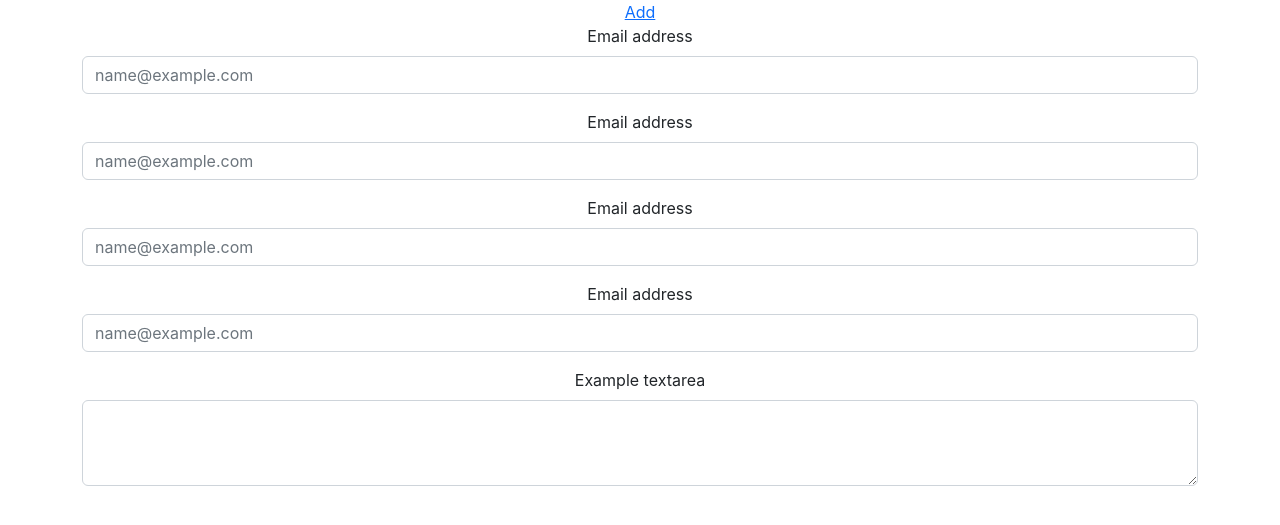
Repository: MagdyAbouelnasr/scandiweb_project
Page: /addproduct
An editor plug-in stored every save of this project. The page is shown before and after the next save, followed by the edit.
The browser window is 1280 px wide. The pictures show the whole page.
The project was rebuilt for these pictures with package versions that can differ from the ones it lists, and the page was loaded fresh each time. Also part of the build but not shown: src/components/Prouct-style.scss, src/components/Product.css, src/components/ProductList.js.

Above is the page before, as saved 2023-05-04 12:26:50.

After the next save:
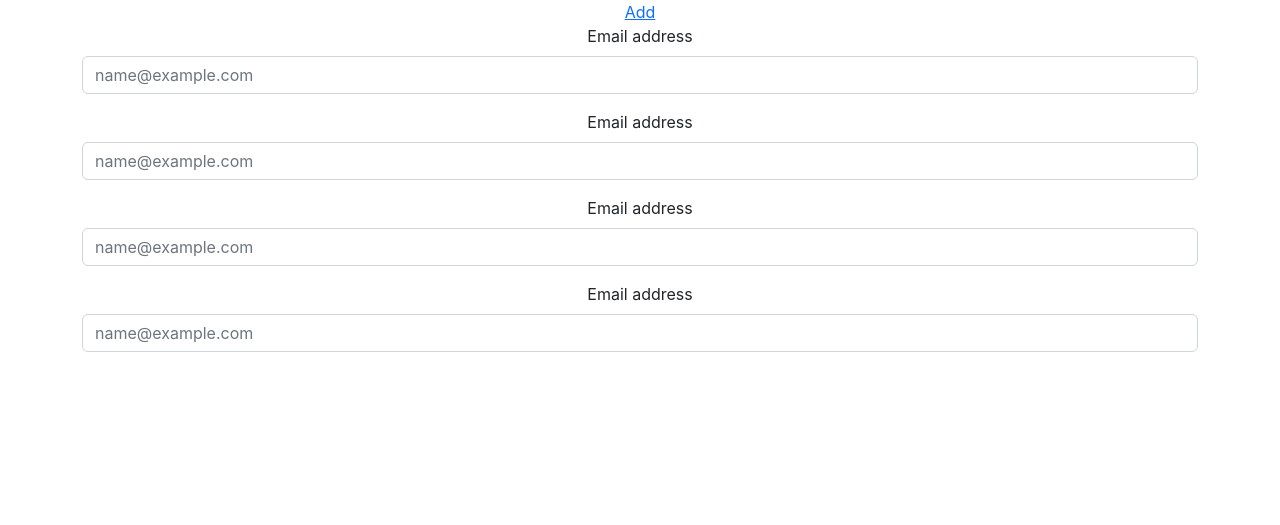
Saved 32 s later.
--- a/src/components/ProductAdd.js
+++ b/src/components/ProductAdd.js
@@ -19,10 +19,6 @@ function ProductAdd() {
         <Form.Label>Email address</Form.Label>
         <Form.Control type="email" placeholder="name@example.com" />
       </Form.Group>
-      <Form.Group className="mb-3" controlId="exampleForm.ControlTextarea1">
-        <Form.Label>Example textarea</Form.Label>
-        <Form.Control as="textarea" rows={3} />
-      </Form.Group>
     </Form>
   );
 }
